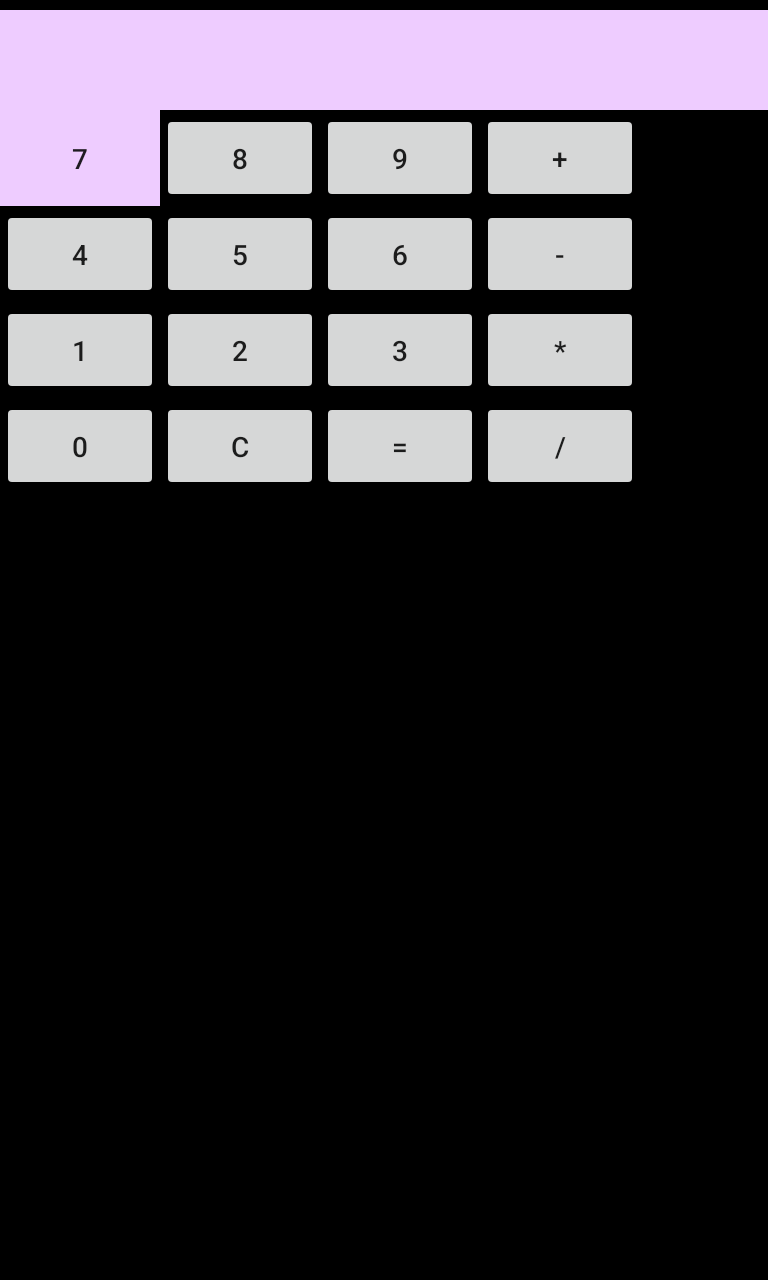
Repository: A207/guanjingjing
Layout: project/calculator_gjj/res/layout/activity_main.xml
The author's editor kept a copy of each file at every save. The layout is drawn from the files as they stood at one save, then again after the next save.
It is drawn on a 768 x 1280 px phone screen (xhdpi) without system bars, with theme AppTheme; the app's code is not run.

Above is the layout before, as saved 2015-07-16 01:51:56.

### project/calculator_gjj/res/layout/activity_main.xml
<?xml version="1.0" encoding="utf-8"?>
<LinearLayout xmlns:android="http://schemas.android.com/apk/res/android"
    android:layout_width="fill_parent"
    android:layout_height="fill_parent"
    android:orientation="vertical"
    android:paddingTop="5dip"
    android:background="#000" >

    <LinearLayout
        android:layout_width="fill_parent"
        android:layout_height="wrap_content"
        android:orientation="horizontal" >

        <TextView
            android:id="@+id/tv_calc_sum"
            android:layout_width="fill_parent"
            android:layout_height="50dip"
            android:background="#eeccff"
            android:gravity="center_vertical|right" >
        </TextView>
    </LinearLayout>

    <LinearLayout
        android:layout_width="fill_parent"
        android:layout_height="wrap_content"
        android:orientation="horizontal" >

        <Button
            android:id="@+id/btn_calc_07"
            android:layout_width="80dip"
            android:layout_height="wrap_content"
            android:background="#eeccff"
            android:text="7" />

        <Button
            android:id="@+id/btn_calc_08"
            android:layout_width="80dip"
            android:layout_height="wrap_content"
            android:text="8" />

        <Button
            android:id="@+id/btn_calc_09"
            android:layout_width="80dip"
            android:layout_height="wrap_content"
            android:text="9" />

        <Button
            android:id="@+id/btn_calc_jia"
            android:layout_width="80dip"
            android:layout_height="wrap_content"
            android:text="+" />
    </LinearLayout>

    <LinearLayout
        android:layout_width="fill_parent"
        android:layout_height="wrap_content"
        android:orientation="horizontal" >

        <Button
            android:id="@+id/btn_calc_04"
            android:layout_width="80dip"
            android:layout_height="wrap_content"
            android:text="4" />

        <Button
            android:id="@+id/btn_calc_05"
            android:layout_width="80dip"
            android:layout_height="wrap_content"
            android:text="5" />

        <Button
            android:id="@+id/btn_calc_06"
            android:layout_width="80dip"
            android:layout_height="wrap_content"
            android:text="6" />

        <Button
            android:id="@+id/btn_calc_jian"
            android:layout_width="80dip"
            android:layout_height="wrap_content"
            android:text="-" />
    </LinearLayout>

    <LinearLayout
        android:layout_width="fill_parent"
        android:layout_height="wrap_content"
        android:orientation="horizontal" >

        <Button
            android:id="@+id/btn_calc_01"
            android:layout_width="80dip"
            android:layout_height="wrap_content"
            android:text="1" />

        <Button
            android:id="@+id/btn_calc_02"
            android:layout_width="80dip"
            android:layout_height="wrap_content"
            android:text="2" />

        <Button
            android:id="@+id/btn_calc_03"
            android:layout_width="80dip"
            android:layout_height="wrap_content"
            android:text="3" />

        <Button
            android:id="@+id/btn_calc_cheng"
            android:layout_width="80dip"
            android:layout_height="wrap_content"
            android:text="*" />
    </LinearLayout>

    <LinearLayout
        android:layout_width="fill_parent"
        android:layout_height="wrap_content"
        android:orientation="horizontal" >

        <Button
            android:id="@+id/btn_calc_00"
            android:layout_width="80dip"
            android:layout_height="wrap_content"
            android:text="0" />

        <Button
            android:id="@+id/btn_calc_c"
            android:layout_width="80dip"
            android:layout_height="wrap_content"
            android:text="C" />

        <Button
            android:id="@+id/btn_calc_dengyu"
            android:layout_width="80dip"
            android:layout_height="wrap_content"
            android:text="=" />

        <Button
            android:id="@+id/btn_calc_chu"
            android:layout_width="80dip"
            android:layout_height="wrap_content"
            android:text="/" />
    </LinearLayout>

</LinearLayout>

Loaded but not shown: project/calculator_gjj/res/values/styles.xml (common file); project/calculator_gjj/res/values-v11/styles.xml (common file); project/calculator_gjj/res/values-v14/styles.xml (common file)

After the next save:
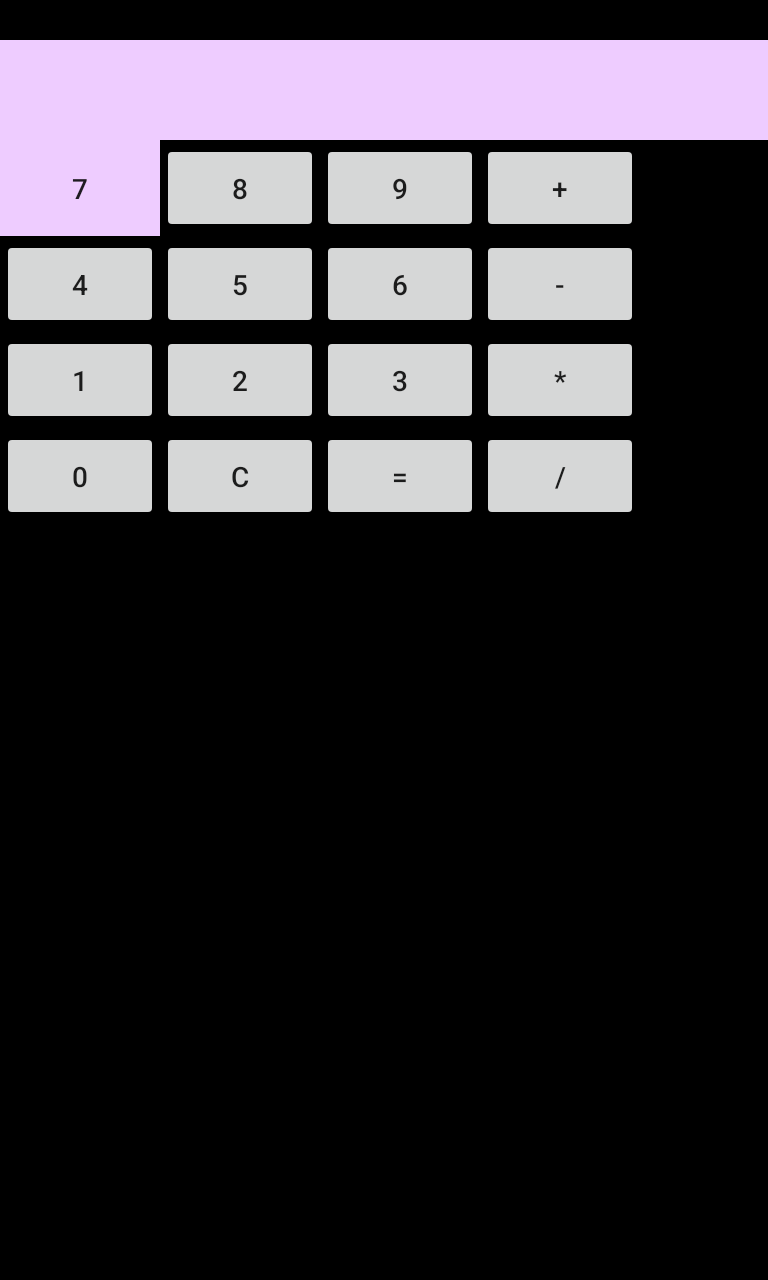
Saved 60 s later.
--- a/project/calculator_gjj/res/layout/activity_main.xml
+++ b/project/calculator_gjj/res/layout/activity_main.xml
@@ -3,7 +3,7 @@
     android:layout_width="fill_parent"
     android:layout_height="fill_parent"
     android:orientation="vertical"
-    android:paddingTop="5dip"
+    android:paddingTop="20dip"
     android:background="#000" >
 
     <LinearLayout
@@ -30,6 +30,7 @@
             android:layout_width="80dip"
             android:layout_height="wrap_content"
             android:background="#eeccff"
+
             android:text="7" />
 
         <Button
